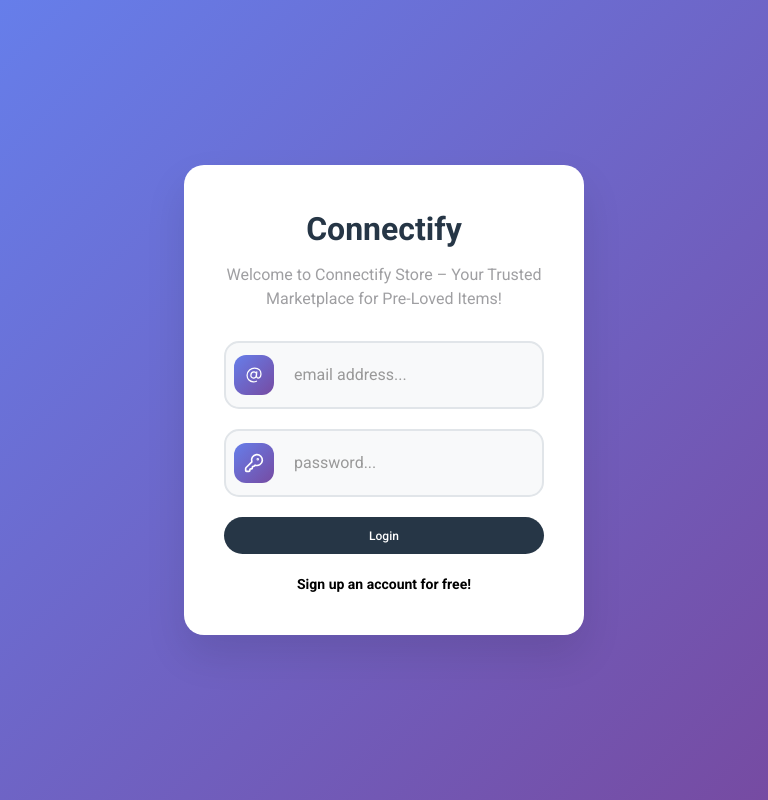
Repository: tvbacs/JavaWebProjectUI
Page: /login
These files come from the project's save history. The page is drawn as it stood at one moment and after the next save; the edit follows.
The browser window is 768 px wide. The pictures show the whole page.
The project was rebuilt for these pictures with package versions that can differ from the ones it lists, and the page was loaded fresh each time. Also part of the build but not shown: src/pages/HomePage/HomePage.module.scss, src/components/Item/Item.module.scss, src/utils/formatPrice.js, src/components/Item/index.js, src/components/Scroll/Scroll.module.scss, src/components/Scroll/index.js, src/services/electronicService.js, src/pages/HomePage/index.js and 53 more.

Above is the page before, as saved 2025-05-25 06:00:59.

After the next save:
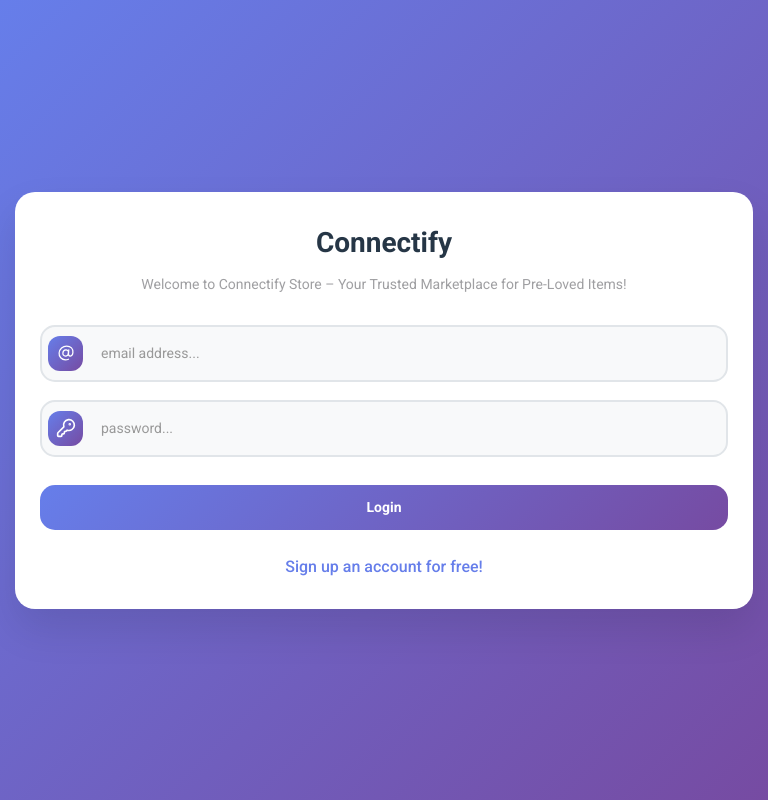
Saved 21 s later.
--- a/src/pages/Auth/Auth.module.scss
+++ b/src/pages/Auth/Auth.module.scss
@@ -86,22 +86,79 @@ form{
 
 .btn-submit{
     width: 100%;
-    height: 37px;
-    background-color: #263646;
-    color:white;
-    font-size: 12px;
+    height: 50px;
+    background: linear-gradient(135deg, #667eea, #764ba2);
+    color: white;
+    font-size: 16px;
+    font-weight: 600;
+    border-radius: 15px;
+    border: none;
+    cursor: pointer;
+    margin-top: 10px;
+    transition: all 0.3s ease;
+
+    &:hover{
+        transform: translateY(-2px);
+        box-shadow: 0 10px 25px rgba(102, 126, 234, 0.3);
+    }
+
+    &:active {
+        transform: translateY(0);
+    }
+}
+
+.btn-switch{
+    display: block;
+    text-align: center;
+    margin: 25px auto 0;
+    font-size: 16px;
     font-weight: 500;
-    border-radius: 30px;
+    color: #667eea;
+    text-decoration: none;
+    transition: all 0.3s ease;
+
+    &:hover{
+        color: #764ba2;
+        text-decoration: underline;
+    }
 }
-.btn-submit:hover{
-    box-shadow: 0 0 8px rgba(0,0,0,0.5);
+
+// Responsive design
+@media (max-width: 768px) {
+    .wrapper {
+        padding: 15px;
+    }
+
+    .content {
+        width: 100%;
+        padding: 30px 25px;
+
+        > h1 {
+            font-size: 28px;
+        }
+
+        > span {
+            font-size: 14px;
+        }
+    }
+
+    .form-group {
+        padding: 6px;
+        margin-bottom: 18px;
+
+        &-icon {
+            width: 35px;
+            height: 35px;
+        }
+    }
+
+    .form-input {
+        font-size: 14px;
+        padding: 10px 6px;
+    }
+
+    .btn-submit {
+        height: 45px;
+        font-size: 14px;
+    }
 }
-.btn-switch{
-    margin:0 auto;
-    margin-top: 20px;
-    font-size: 14px;
-    font-weight: 600;
-}
-.btn-switch:hover{
-    border-bottom: 1px solid #ccc;
-}
